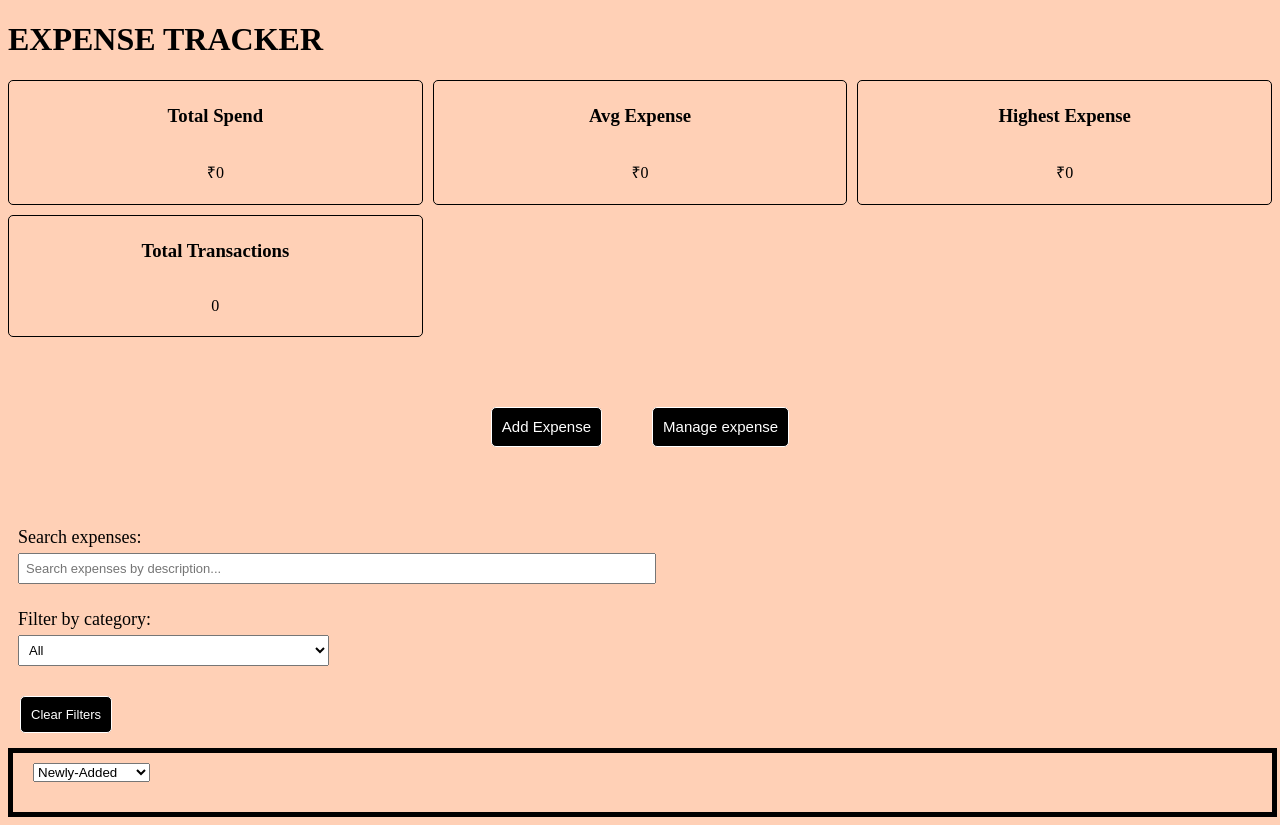
Repository: Gaurav124937/Expense-Tracker
Page: index.html
These files come from the project's save history. The page is drawn as it stood at one moment and after the next save; the edit follows.
The browser window is 1280 px wide. The pictures show the whole page.

Above is the page before, as saved 2026-09-20 20:07:56.

### index.html
<!doctype html>
<html lang="en">
  <head>
    <meta charset="UTF-8" />
    <meta name="viewport" content="width=device-width, initial-scale=1.0" />
    <title>Expense tracker</title>
    <link rel="stylesheet" href="style.css" />
    <script src="script.js" defer></script>
  </head>

  <body>
    <h1>EXPENSE TRACKER</h1>

    <div class="grid">
      <section class="section">
        <h3>Total Spend</h3>
        <p>₹0</p>
      </section>

      <section class="section">
        <h3>Avg Expense</h3>
        <p>₹0</p>
      </section>

      <section class="section">
        <h3>Highest Expense</h3>
        <p>₹0</p>
      </section>

      <section class="section">
        <h3>Total Transactions</h3>
        <p>0</p>
      </section>
    </div>

    <div class="buttons-grid">
      <button class="btn add-expense-button">Add Expense</button>
      <button class="btn manage-expense-button">Manage expense</button>
    </div>

    <div class="filter-container">
      <div class="search-filter-container">
        <label class="filter-form-label" for="expense-search"
          >Search expenses:</label
        >
        <input
          type="text"
          class="expense-search"
          placeholder="Search expenses by description..."
        />
      </div>
      <div class="category-filter-container">
        <label class="filter-form-label" for="category"
          >Filter by category:</label
        >
        <select class="category-filter" name="category">
          <option value="all">All</option>
          <option value="food">Food</option>
          <option value="petrol">Petrol</option>
          <option value="travel">Travel</option>
          <option value="shopping">Shopping</option>
          <option value="transport">Transport</option>
          <option value="other">Other</option>
        </select>
      </div>
      <div>
        <button class="clear-filters">Clear Filters</button>
      </div>
    </div>
    <div class="main-container">
      <div class="expense-card-sort">
        <select class="sort-expenses">
          <option value="latest">Newly-Added</option>
          <option value="newest">Newest First</option>
          <option value="oldest">Oldest First</option>
          <option value="highest">Highest Amount</option>
          <option value="lowest">Lowest Amount</option>
        </select>
      </div>
      <div class="expense-list expense-list-view"></div>
    </div>
    <form method="post" class="expense-form form-hidden">
      <div class="form">
        <p>ADD YOUR DETAILS</p>

        <div class="formating">
          <label for="expense">Enter amount</label>
          <input type="number" id="expense" name="expense" />
        </div>

        <div class="formating">
          <label for="description">Enter description</label>
          <input type="text" id="description" name="description" />
        </div>

        <div class="formating">
          <label for="category">Select category</label>
          <select id="category" name="category">
            <option value="all">All</option>
            <option value="food">Food</option>
            <option value="petrol">Petrol</option>
            <option value="travel">Travel</option>
            <option value="shopping">Shopping</option>
            <option value="transport">Transport</option>
            <option value="other">Other</option>
          </select>
        </div>

        <div class="formating">
          <label for="date">Enter date</label>
          <input type="date" id="date" name="date" />
        </div>

        <div class="formating">
          <button class="save-expense-button" type="submit">
            Save expense
          </button>
        </div>
      </div>
    </form>

    <div class="total-expense"></div>
  </body>
</html>

### style.css
.grid {
  display: grid;
  grid-template-columns: repeat(3, 1fr);
  gap: 10px;
}

.section {
  display: flex;
  flex-direction: column;
  align-items: center;
  border-radius: 5px;
  border-color: black;
  border: 1px solid;
  padding: 5px;
}
.buttons-grid {
  display: flex;
  flex-direction: row;
  padding: 50px;
  gap: 10px;
  justify-content: center;
}
.btn {
  padding: 10px;
  border-radius: 5px;
  border-color: black;
  border: 1px solid;
  margin: 20px;
  font-size: 15px;
  block-size: 40px;
  color: white;
  background-color: black;
}
.form {
  display: flex;
  flex-direction: column;
  padding: 20px;
}
.formating {
  display: flex;
  flex-direction: column;
  padding: 5px;
  width: 75%;
}
.save-expense-button {
  padding: 10px;
  border-radius: 5px;
  border-color: black;
  border: 1px solid;
  margin-top: 20px;
  font-size: 15px;
  block-size: 40px;
  color: white;
  background-color: black;
  width: 45%;
}
.form-hidden {
  display: none;
}

.main-container {
  padding: 10px;
  border: 5px solid;
  gap: 10px;
  width: 98%;
}

.expense-list-view {
  display: flex;
  flex-direction: row;
  padding: 10px;
  gap: 10px;
  overflow-x: auto;
}
.expense-display-card {
  display: flex;
  flex-direction: column;
  padding: 8px;
  border: 3px solid;
  border-radius: 10px;
  width: 200px;
  background-color: rgba(0, 26, 255, 0.585);
  height: 300px;
  flex-shrink: 0;
  box-sizing: border-box;
}

.expense-text-styling {
  font-size: 15px;
  color: white;
  font-weight: bold;
}

.delete-expense-button {
  padding: 5px;
  border-radius: 5px;
  width: 50%;
  border-color: black;
  border: 1px solid;
  margin-top: 20px;
  font-size: 15px;
  block-size: 30px;
  color: white;
  background-color: rgba(255, 0, 0, 0.761);
}

.edit-expense-button {
  padding: 5px;
  border-radius: 5px;
  width: 50%;
  border-color: black;
  border: 1px solid;
  margin-top: 20px;
  font-size: 15px;
  block-size: 30px;
  color: white;
  background-color: rgb(0, 0, 0);
}

.expense-info {
  display: flex;
  flex-direction: column;
  flex: 1;
  min-height: 0;
  overflow: auto;
}
.expense-actions {
  display: flex;
  flex-direction: row;
  gap: 10px;
  margin-top: auto;
  flex-shrink: 0;
}

body {
  background-color: rgba(255, 94, 0, 0.288);
}

.expense-description {
  text-overflow: ellipsis;
  overflow: hidden;
  overflow-wrap: break-word;
  line-clamp: 3;
  -webkit-line-clamp: 3;
  display: -webkit-box;
  -webkit-box-orient: vertical;
}

.expense-description.expanded {
  display: block;
  line-clamp: unset;
  -webkit-line-clamp: unset;
  overflow: visible;
  overflow-wrap: break-word;
}
.expense-search {
  width: 50%;
  font-size: 13px;
  padding: 6px;
  margin-bottom: 10px;
}
.category-filter-container {
  display: flex;
  flex-direction: column;
  padding: 10px;
}
.category-filter {
  width: 25%;
  font-size: 13px;
  padding: 6px;
  margin-bottom: 20px;
}
.filter-container {
  display: flex;
  flex-direction: column;
  padding: 5px;
  gap: 5px;
}
.search-filter-container {
  display: flex;
  flex-direction: column;
  padding: 5px;
}
.category-filter-container {
  display: flex;
  flex-direction: column;
  padding: 5px;
}
.filter-form-label {
  font-size: 18px;
  margin-bottom: 5px;
  color: rgb(0, 0, 0);
}
.clear-filters {
  padding: 10px;
  border-radius: 5px;
  border-color: black;
  margin-left: 7px;
  margin-bottom: 10px;
  border: 1px solid;
  font-size: 13px;
  color: white;
  background-color: black;
}

.expense-card-sort {
  margin-left: 10px;
  font-size: 13px;
  width: 20%;
}

### script.js
const addExpenseButton = document.querySelector(".add-expense-button");

const expenseForm = document.querySelector(".expense-form");

addExpenseButton.addEventListener("click", function showExpenseForm() {
  expenseForm.classList.toggle("form-hidden");
});

const expenses = [];
getData();

expenses.forEach((expense) => {
  renderExpense(expense);
});

let editingExpenseId = null;

// FUNCTION WORKS ON SUBMITTING THE FORM
expenseForm.addEventListener("submit", function (event) {
  event.preventDefault();
  const amount = Number(document.querySelector("#expense").value);
  const descript = document.querySelector("#description").value;
  const category = document.querySelector("#category").value;
  const date = document.querySelector("#date").value;

  if (amount <= 0 || descript.trim() === "" || category == "" || date === "") {
    alert("please enter all details carefully");
    return;
  }
  const expense = {
    id: crypto.randomUUID(),
    expense: amount,
    description: descript,
    category: category,
    date: date,
  };

  //IMPLEMENTATION OF EDIT EXPENSE WORKING

  if (editingExpenseId == null) {
    expenses.push(expense);
    storingData();
    expenseForm.reset();

    renderExpense(expense);
  } else {
    const index = expenses.findIndex(
      (expense) => expense.id === editingExpenseId,
    );
    const expenseToSave = expenses[index];
    if (index !== -1) {
      expenseToSave.expense = amount;
      expenseToSave.description = descript;
      expenseToSave.category = category;
      expenseToSave.date = date;
    }

    storingData();
    expenseForm.reset();
    const expenseElement = document.getElementById(editingExpenseId);
    const infoDiv = expenseElement.querySelector(".expense-info");
    infoDiv.innerHTML = `
    <p class="expense-text-styling expense-description ">${expenseToSave.description}</p>
    <p class="expense-text-styling">₹${expenseToSave.expense}</p>
    <p class="expense-text-styling">${expenseToSave.category}</p>
  <p class="expense-text-styling">${expenseToSave.date}</p>
  `;
    document.querySelector(".total-expense").innerHTML =
      `<p>TOTAL EXPENSE: ${totalExpense()}</p>`;

    editingExpenseId = null;
  }
});

//FUNCTION TO FIND TOTAL EXPENSE
function totalExpense() {
  const totalExpense = expenses.reduce((total, expense) => {
    return total + expense.expense;
  }, 0);
  return totalExpense;
}

// FUNCTIONS TO STORE AND GET DATA
function storingData() {
  const expenseArrayString = JSON.stringify(expenses);
  localStorage.setItem("array", expenseArrayString);
}

function getData() {
  const expensesArray = JSON.parse(localStorage.getItem("array"));
  if (expensesArray !== null) {
    expenses.push(...expensesArray);
  }

  console.log(expensesArray);
}

//FUNCTION TO DISPLAY EXPENSE ON DISPLAY
function renderExpense(expense) {
  const expenseList = document.querySelector(".expense-list");

  const expenseElement = document.createElement("div");
  expenseElement.classList.add("expense-display-card");
  expenseElement.id = expense.id;

  const infoDiv = document.createElement("div");
  infoDiv.classList.add("expense-info");
  infoDiv.innerHTML = `
    <p class="expense-text-styling expense-description ">${expense.description}</p>
    <p class="expense-text-styling">₹${expense.expense}</p>
    <p class="expense-text-styling">${expense.category}</p>
  <p class="expense-text-styling">${expense.date}</p>
  `;
  expenseElement.appendChild(infoDiv);

  const actionDiv = document.createElement("div");
  actionDiv.classList.add("expense-actions");
  actionDiv.innerHTML = `
  <button class="delete-expense-button">Delete</button>
  <button class="edit-expense-button">Edit</button>
  `;

  expenseElement.appendChild(actionDiv);

  expenseList.appendChild(expenseElement);
  const descriptionElement = expenseElement.querySelector(
    ".expense-description",
  );
  descriptionElement.addEventListener("click", () => {
    descriptionElement.classList.toggle("expanded");
  });

  updateTotal();

  const deleteExpense = expenseElement.querySelector(".delete-expense-button");
  deleteExpense.addEventListener("click", function () {
    expenseElement.remove();
    const index = expenses.findIndex(
      (expense) => expense.id === expenseElement.id,
    );
    if (index !== -1) {
      expenses.splice(index, 1);
    }

    storingData();

    updateTotal();
  });

  const editExpense = expenseElement.querySelector(".edit-expense-button");
  editExpense.addEventListener("click", function () {
    const index = expenses.findIndex(
      (expense) => expense.id === expenseElement.id,
    );
    if (index !== -1) {
      const expenseToEdit = expenses[index];

      editingExpenseId = expenseToEdit.id;

      document.querySelector("#expense").value = expenseToEdit.expense;
      document.querySelector("#description").value = expenseToEdit.description;
      document.querySelector("#category").value = expenseToEdit.category;
      document.querySelector("#date").value = expenseToEdit.date;
    }
    expenseForm.classList.toggle("form-hidden");
  });
}

const searchInput = document.querySelector(".expense-search");
searchInput.addEventListener("input", updateExpenseList);

const categoryFilter = document.querySelector(".category-filter");
categoryFilter.addEventListener("change", updateExpenseList);

const sortExpenses = document.querySelector(".sort-expenses");
sortExpenses.addEventListener("change", updateExpenseList);


//FUNCTION FOR FILTER EXPENSES BY DESCRIPTION, CATEGORY AND SORTING
function updateExpenseList() {
  const searchText = searchInput.value.toLowerCase();
  const selectedCategory = categoryFilter.value;
  const selectedSort = sortExpenses.value;

  let displayedExpenses = expenses.filter((expense) => {
    const matchesSearch = expense.description
      .toLowerCase()
      .includes(searchText);

    const matchesCategory =
      selectedCategory === "all" ||
      expense.category.toLowerCase() === selectedCategory;

    return matchesSearch && matchesCategory;
  });

  if(selectedSort === "latest"){
    expenses.forEach((expense) => {
    renderExpense(expense);
  });
  }

  if (selectedSort === "highest") {
    displayedExpenses.sort((a, b) => b.expense - a.expense);
  }

  if (selectedSort === "lowest") {
    displayedExpenses.sort((a, b) => a.expense - b.expense);
  }

  if (selectedSort === "newest") {
    displayedExpenses.sort((a, b) => new Date(b.date) - new Date(a.date));
  }

  if (selectedSort === "oldest") {
    displayedExpenses.sort((a, b) => new Date(a.date) - new Date(b.date));
  }

  const expenseList = document.querySelector(".expense-list");
  expenseList.innerHTML = "";

  if (displayedExpenses.length === 0) {
    expenseList.innerHTML = "<p>No expenses found.</p>";
    return;
  }

  displayedExpenses.forEach((expense) => {
    renderExpense(expense);
  });
}
//FUNCTION FOR UPDATING TOTAL
function updateTotal() {
  const totalAmount = document.querySelector(".total-expense");

  totalAmount.innerHTML = `<p>TOTAL EXPENSE: ${totalExpense()}</p>`;
}

//CLEARING FILTER
const clearFiltersButton = document.querySelector(".clear-filters");

clearFiltersButton.addEventListener("click", function () {
  searchInput.value = "";
  categoryFilter.value = "all";
  sortExpenses.value="latest";

  updateExpenseList();
});

After the next save:
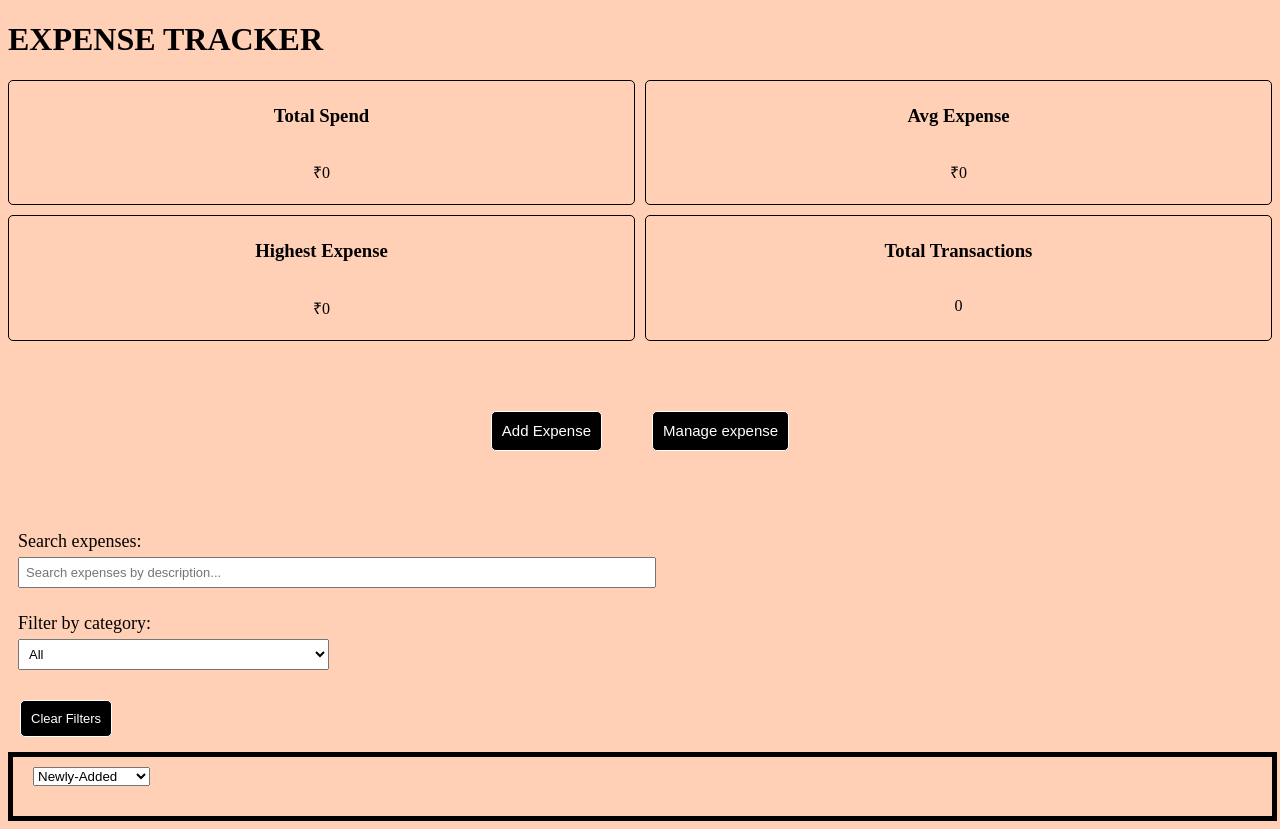
Saved 35 s later.
--- a/style.css
+++ b/style.css
@@ -1,6 +1,6 @@
 .grid {
   display: grid;
-  grid-template-columns: repeat(3, 1fr);
+  grid-template-columns: repeat(2, 1fr);
   gap: 10px;
 }
 
